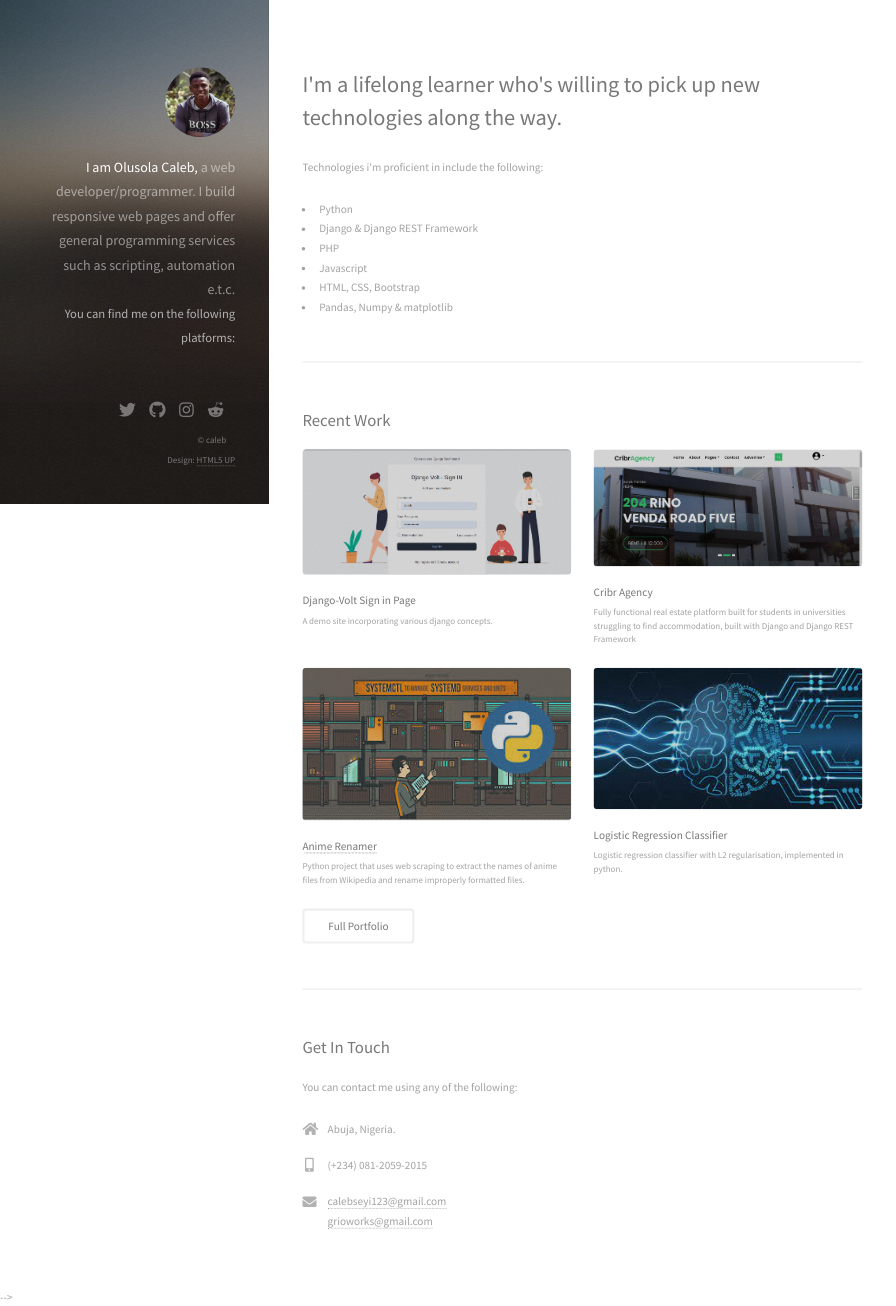
Repository: Caleb40/Caleb40.github.io
Page: index.html
An editor plug-in stored every save of this project. The page is shown before and after the next save, followed by the edit.
The browser window is 1280 px wide. The pictures show the whole page, at 70% of full size.

Above is the page before, as saved 2022-07-13 00:24:59.

After the next save:
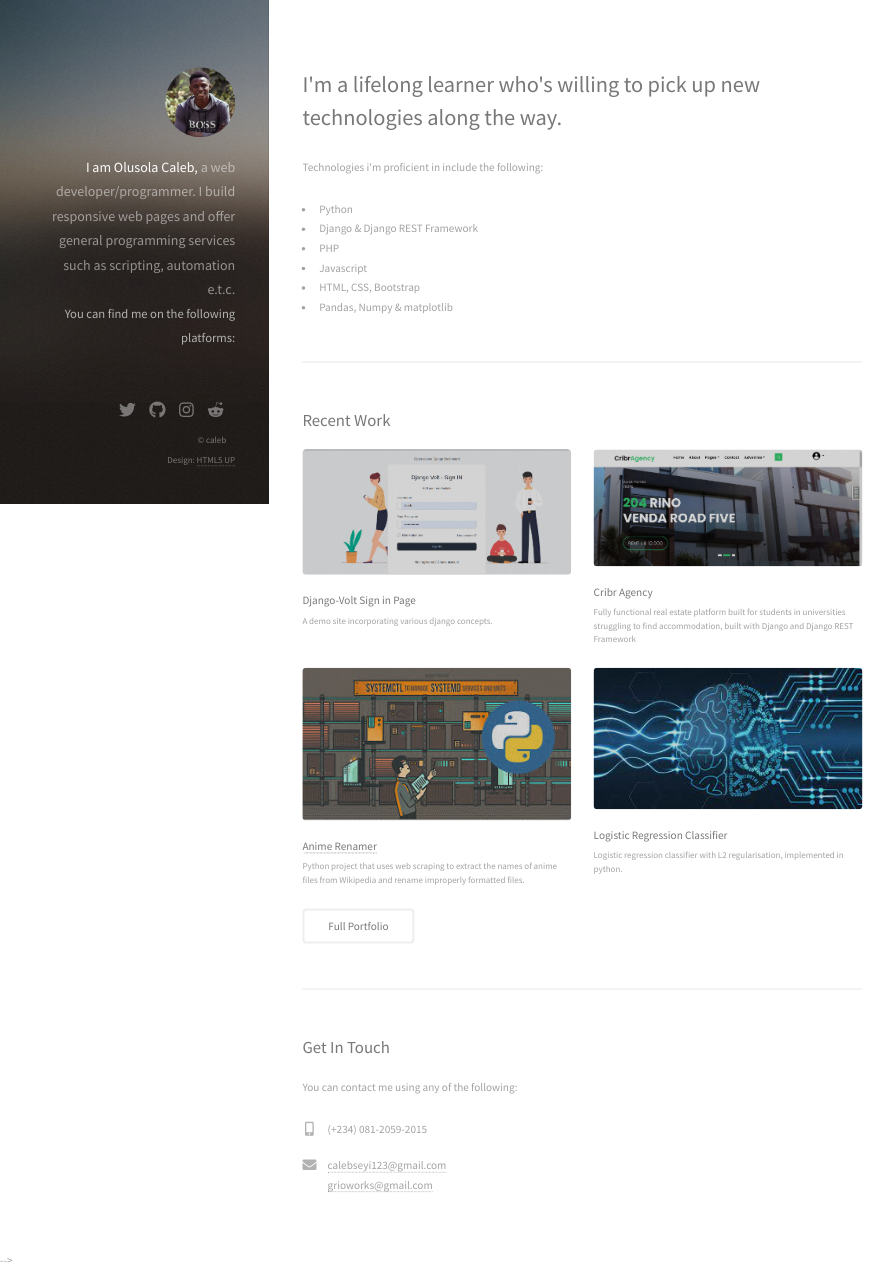
Saved 5 s later.
--- a/index.html
+++ b/index.html
@@ -103,11 +103,6 @@
 				<div class="col-4 col-12-small">
 					<ul class="labeled-icons">
 						<li>
-							<h3 class="icon solid fa-home"><span class="label">Address</span></h3>
-							Abuja,
-							Nigeria.<br>
-						</li>
-						<li>
 							<h3 class="icon solid fa-mobile-alt"><span class="label">Phone</span></h3>
 						(+234) 081-2059-2015
 						</li>
